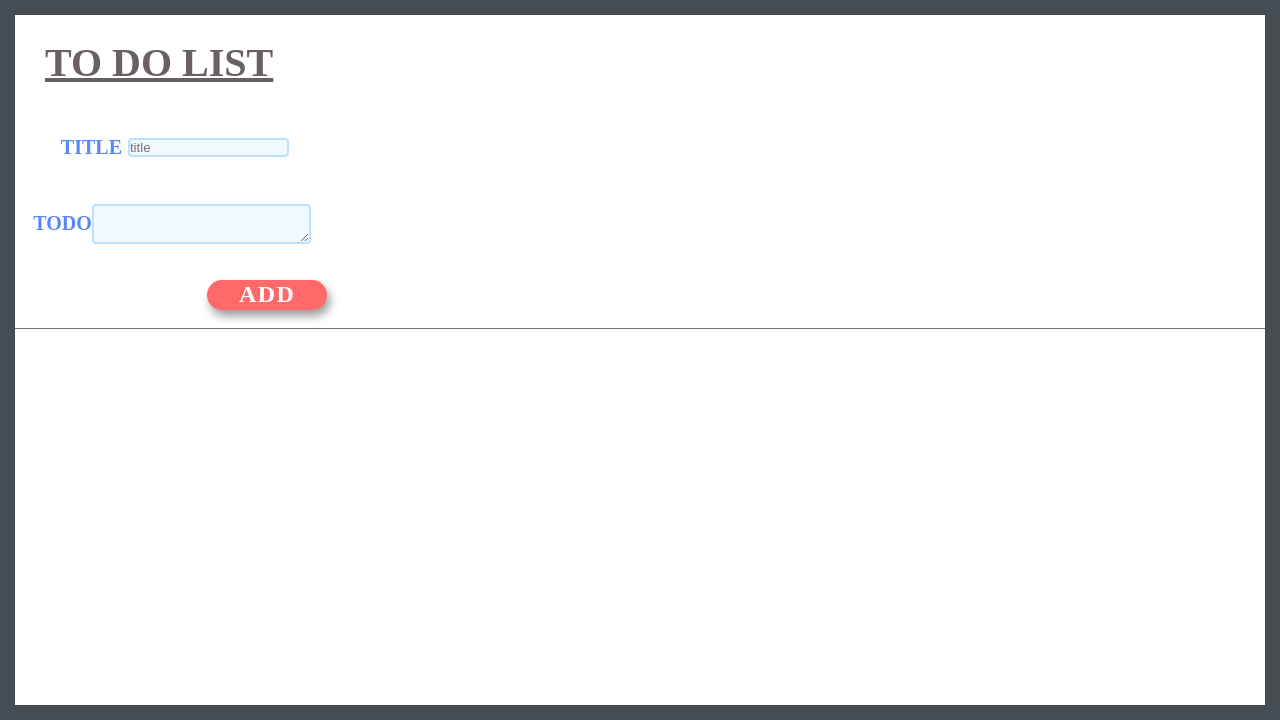
Repository: NagataRyuji0630/shinjin-otameshi
Page: todo_white_board.html
These files come from the project's save history. The page is drawn as it stood at one moment and after the next save; the edit follows.
The browser window is 1280 px wide. The pictures show the whole page.

Above is the page before, as saved 2020-06-11 23:35:35.
Not found: todoWhiteBoard.js

### todo_white_board.html
<!DOCTYPE html>
<html lang="ja">

<head>
    <meta charset="UTF-8">
    <meta name="viewport" content="width=device-width, initial-scale=1.0">
    <meta http-equiv="X-UA-Compatible" content="ie=edge">
    <link rel="stylesheet" href="./todo_white_board.css">
    <script src="./constants.js"></script>
    <script src="./domAction.js"></script>
    <script src="./todoWhiteBoard.js"></script>
    <title>Todo White Board</title>
</head>

<body>
    <div class="white_board display_flex_justify direction_colum">

        <div id="board_title_container" class="display_flex_align">
            <div id="board_title">TO DO LIST</div>
        </div>

        <div id="form_container" class="display_flex_justify direction_colum">

            <div class="input_content display_flex_all direction_row">
                <div class="input_title display_flex_all">TITLE</div>
                <div id="todo_input_area" class="display_flex_all">
                    <input class="blue_form" id="todo_title" type="text" placeholder="title" />
                </div>
            </div>

            <div class="input_content display_flex_all direction_row">
                <div class="input_title display_flex_all">TODO</div>
                <div id="detail_input_area" class="display_flex_all">
                    <textarea class="blue_form" id="todo_detail"></textarea>
                </div>

            </div>

            <div id="btn_container" class="display_flex_align">
                <div class="btn red_btn display_flex_all" id="todo_add_btn">
                    <div class="btn_text">ADD</div>
                </div>
            </div>
        </div>

        <div id="todo_list_container"></div>
    </div>
</body>

</html>

### todo_white_board.css
* {
    margin: 0px;
    padding: 0px;
    box-sizing: border-box;
}

body, html {
    width: 100%;
    height: 100%;
    font-size: 16px;
    overflow-x: hidden;
}

.display_flex_all {
    display: flex;
    justify-content: center;
    align-items: center;
}

.display_flex_justify {
    display: flex;
    justify-content: center;
}

.display_flex_align {
    display: flex;
    align-items: center;
}

.direction_colum {
    flex-direction: column;
}

.direction_row {
    flex-direction: row;
}

.white_board {
    width: 100%;
    height: 100%;
    border: 15px solid #454D53;
}

#board_title_container {
    width: auto;
    height: 15%;
    padding-left: 30px;
}

#board_title {
    text-align: center;
    text-decoration: underline;
    font-size: 40px;
    font-weight: bold;
    letter-spacing: 0px;
    color: #696060;
}

#form_container {
    width: 100%;
    height: 35%;
    padding: 0px 40px;
    border-bottom: 1px solid #707070;
}

.input_content {
    width: 20%;
    height: 35%;
}

.input_title {
    width: 35%;
    height: 100%;
    text-align: center;
    font-size: 20px;
    font-weight: bold;
    letter-spacing: 0px;
    color: #5887F9;
}

.blue_form {
    display: block;
    background: #F1F9FF 0% 0% no-repeat padding-box;
    border: 2px solid #BCE0FD;
    border-radius: 4px;
}

#todo_title {
    text-align: left;
    width: 100%;
    height: 100%;
}

#todo_detail {
    text-align: left;
    font-size: 16px;
    letter-spacing: 0px;
    color: #5887F9;
}

#btn_container {
    width: 100%;
    height: 30%;
}

.btn {
    width: 120px;
    height: 30px;
    border-radius: 24px;
}

.red_btn {
    background-color: #FF6969;
    box-shadow: 3px 6px 10px #00000065;
}

.red_btn:active {
    background-color: #FF8850;
    box-shadow: 3px 6px 10px #00000090;
}

#todo_add_btn {
    position: relative;
    left: 13%
}

.btn_text {
    text-align: center;
    font-size: 24px;
    font-weight: bold;
    letter-spacing: 1.44px;
    color: #FFFFFF;
}

#todo_list_container {
    width: 100%;
    height: 60%;
}

Loaded but not shown: constants.js (no stored copy; drawn as an empty file); domAction.js (no stored copy; drawn as an empty file)

After the next save:
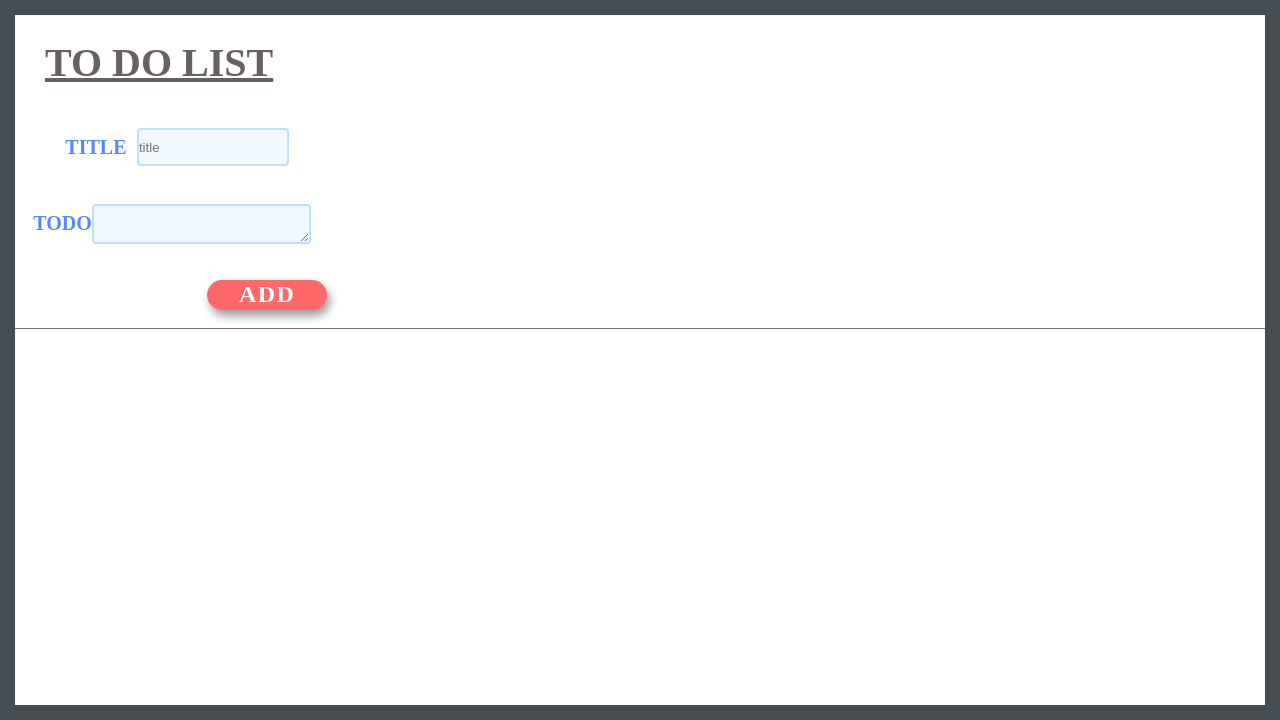
Saved 48 s later.
--- a/todo_white_board.css
+++ b/todo_white_board.css
@@ -85,6 +85,11 @@ body, html {
     border-radius: 4px;
 }
 
+#todo_input_area {
+    width: 65%;
+    height: 50%;
+}
+
 #todo_title {
     text-align: left;
     width: 100%;
